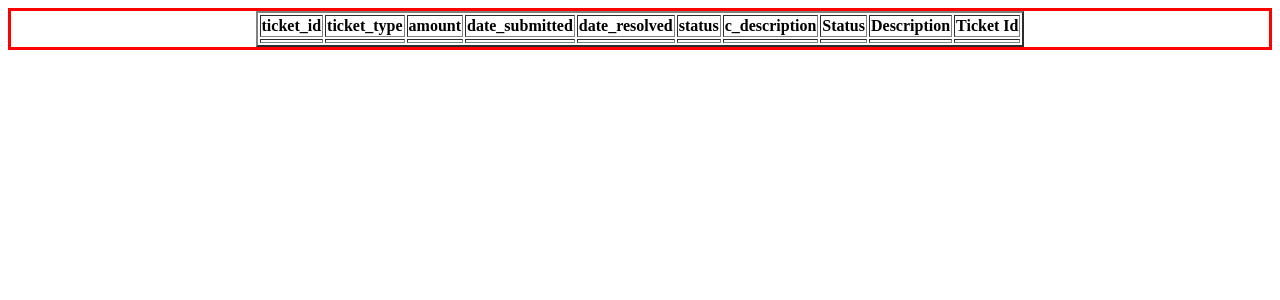
Repository: 2001usfpega/ZhenJ-code
Page: Project1/Showmethemoney/src/main/webapp/resources/html/ticket_decide.html
The author's editor kept a copy of each file at every save. The page is drawn from the files as they stood at one save, then again after the next save.
The browser window is 1280 px wide. The pictures show the whole page.

Above is the page before, as saved 2020-02-10 04:11:56.

After the next save:
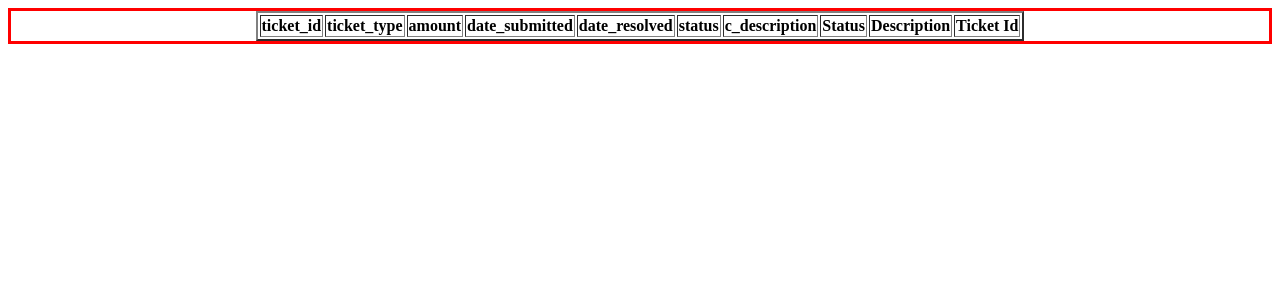
Saved 11 s later.
--- a/Project1/Showmethemoney/src/main/webapp/resources/html/ticket_decide.html
+++ b/Project1/Showmethemoney/src/main/webapp/resources/html/ticket_decide.html
@@ -23,25 +23,6 @@
 			</tr>
 
 
-			<tr>
-				<td>  </td>
-				<td></td>
-				<td></td>
-				<td></td>
-				<td></td>
-				<td></td>
-				<td></td>
-				<td></td>
-				<td></td>
-				<td></td>
-
-
-
-
-
-
-			</tr>
-
 
 
 
